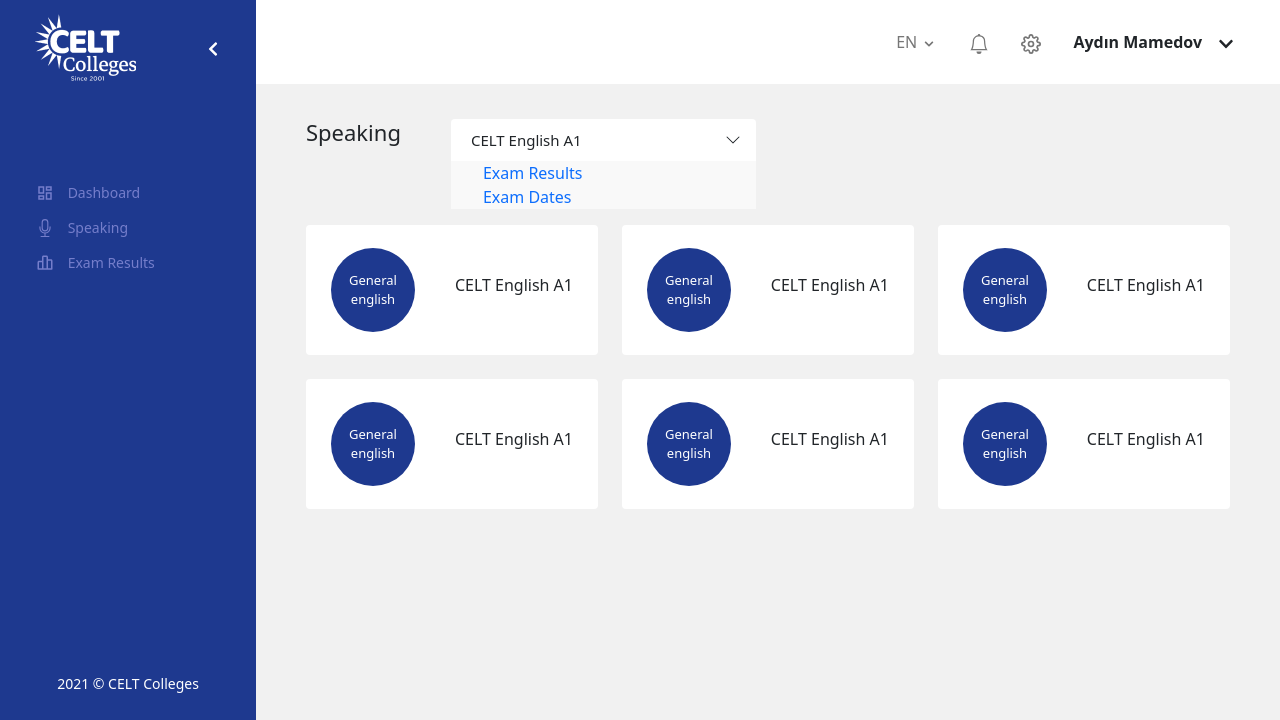
Repository: aydinws/celtapp
Page: /speaking
These files come from the project's save history. The page is drawn as it stood at one moment and after the next save; the edit follows.
The browser window is 1280 px wide. The pictures show the whole page.
The project was rebuilt for these pictures with package versions that can differ from the ones it lists, and the page was loaded fresh each time. Also part of the build but not shown: src/pages/Dashboard/index.js, src/pages/ExamResults/index.scss, src/components/Table/index.scss, src/components/Pagination/index.scss, src/components/Pagination/index.js, src/components/Table/index.js, src/pages/ExamResults/index.js.

Above is the page before, as saved 2021-06-10 00:25:41.

After the next save:
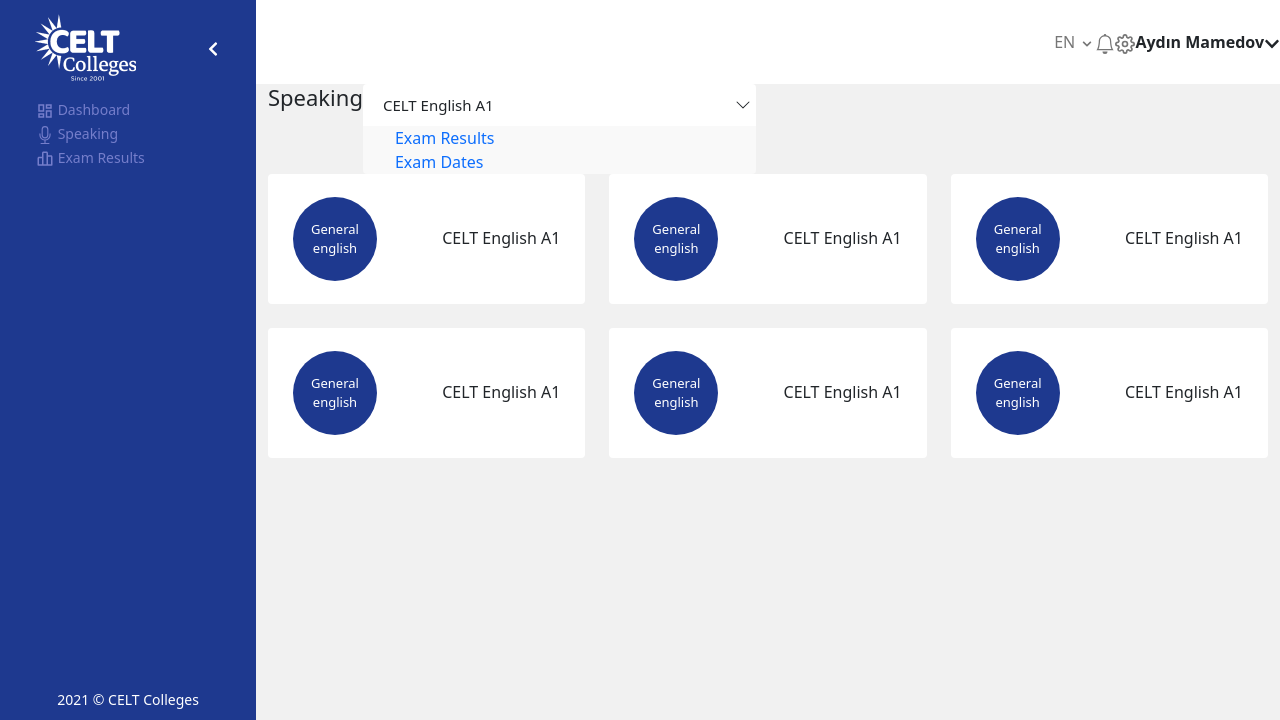
Saved 5 s later.
--- a/src/assets/css/app.scss
+++ b/src/assets/css/app.scss
@@ -2,7 +2,7 @@
 
 * {
     padding: 0;
-    margin: 0;
+    margin: 0 !important;
     list-style: none;
     text-decoration: none !important;
     outline: none;

After the 4 saves that followed:
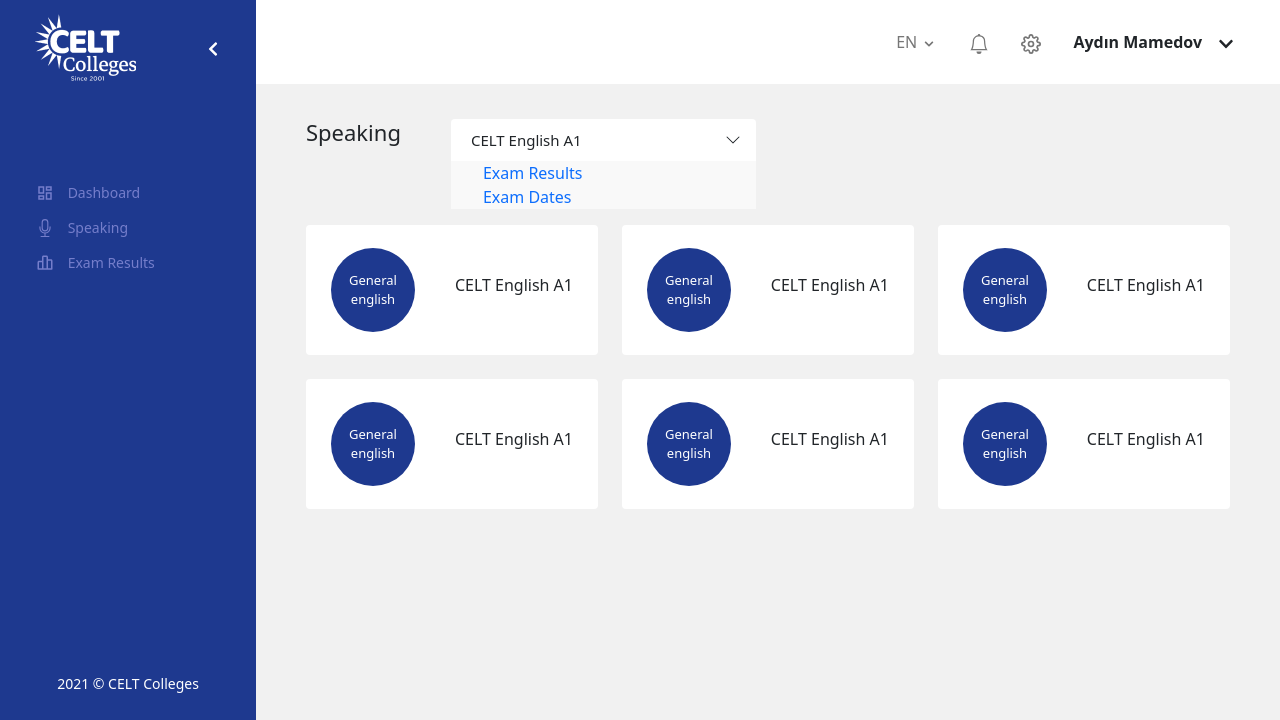
The 4 saves are shown as one change because they came seconds apart.
The last was saved 13 s later.
--- a/src/assets/css/app.scss
+++ b/src/assets/css/app.scss
@@ -1,11 +1,9 @@
 @import 'code';
 
 * {
-    padding: 0;
-    margin: 0 !important;
-    list-style: none;
+    list-style: none !important;
     text-decoration: none !important;
-    outline: none;
+    outline: none !important;
 }
 
 body {
